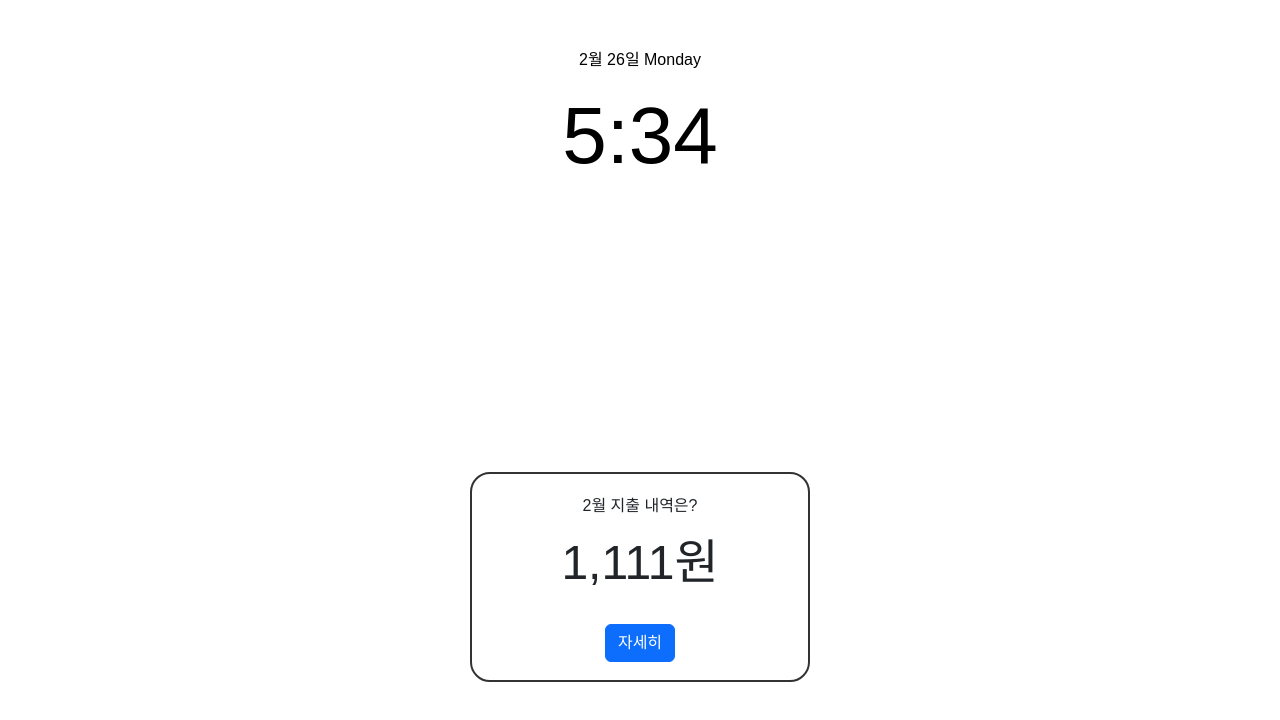
Repository: kimSummerrain/KairosHackathon
Page: venvs/karios/templates/startscreen.html
The author's editor kept a copy of each file at every save. The page is drawn from the files as they stood at one save, then again after the next save.
The browser window is 1280 px wide. The pictures show the whole page.

Above is the page before, as saved 2024-02-26 18:08:54.

After the next save:
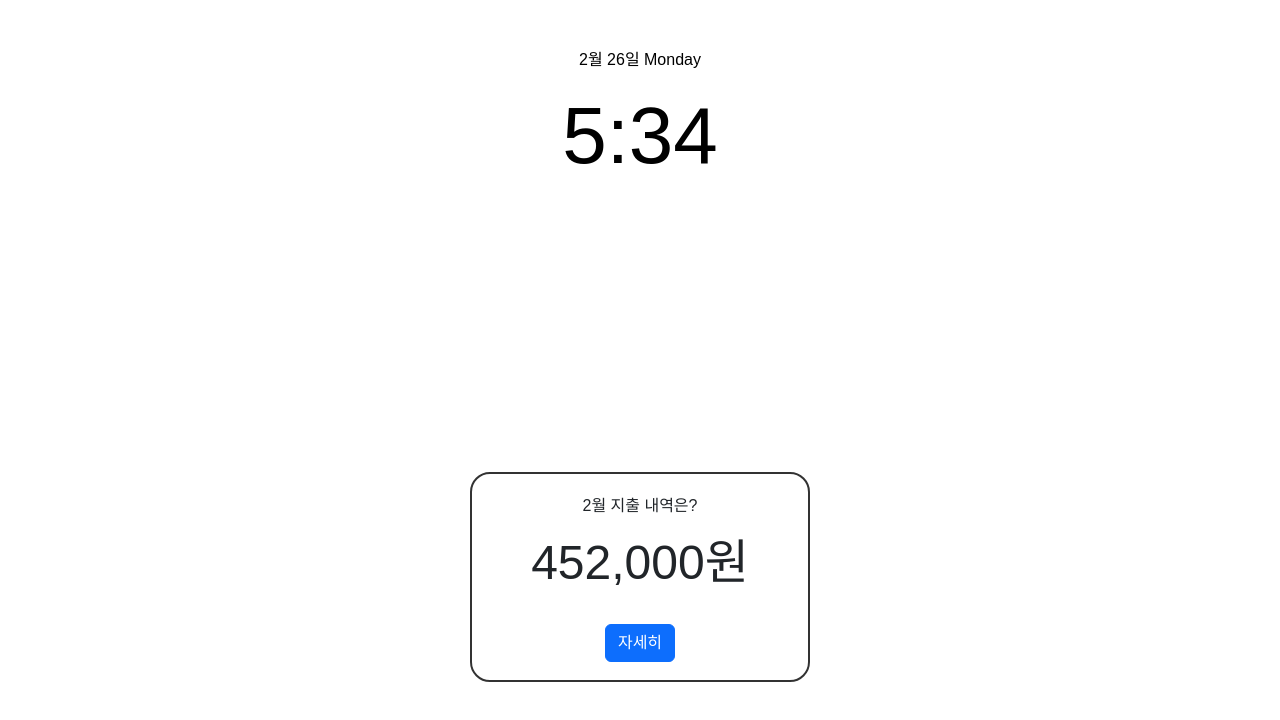
Saved 2 min 29 s later.
--- a/venvs/karios/templates/startscreen.html
+++ b/venvs/karios/templates/startscreen.html
@@ -21,7 +21,7 @@
     </div>
     <div class="rounded-rectangle">
         <p id="month"></p>
-        <h2>1,111원</h2>
+        <h2>452,000원</h2>
         <br>
         <a class="btn btn-primary" href="/detail">자세히</a>
     </div>
